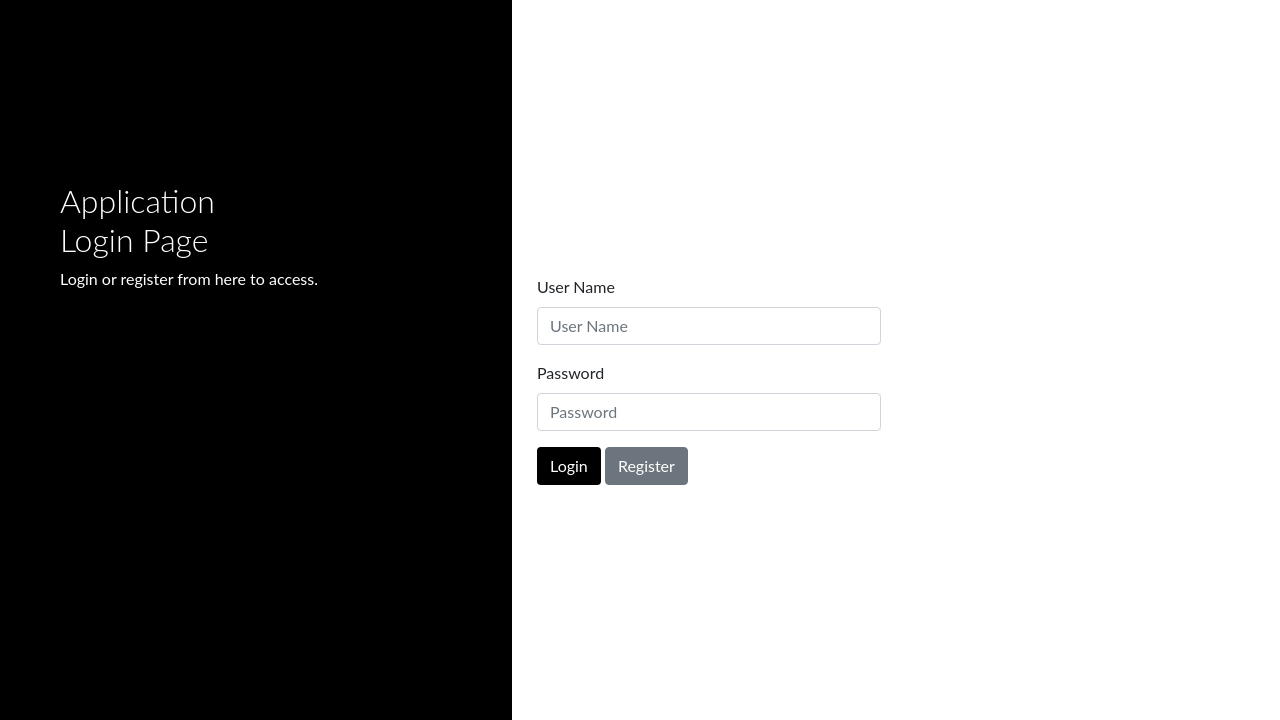
Repository: cheez0909/JSP
Page: http://localhost/1103/session/EX/Login.jsp
The author's editor kept a copy of each file at every save. The page is drawn from the files as they stood at one save, then again after the next save.
The browser window is 1280 px wide. The pictures show the whole page.
Some web libraries are served in a nearby version. The page is served by Tomcat 9. Other server files are loaded and not shown.

Above is the page before, as saved 2023-11-09 01:16:38.
Console error: TypeError: Cannot read properties of undefined (reading 'fn')

### 1103/src/main/webapp/session/EX/Login.jsp
<%@ page language="java" contentType="text/html; charset=UTF-8"
    pageEncoding="UTF-8"%>
<!DOCTYPE html>
<html>
<head>
<meta charset="UTF-8">
<title>Insert title here</title>
<link href="//maxcdn.bootstrapcdn.com/bootstrap/4.0.0/css/bootstrap.min.css" rel="stylesheet" id="bootstrap-css">
<script src="//maxcdn.bootstrapcdn.com/bootstrap/4.0.0/js/bootstrap.min.js"></script>
<script src="//code.jquery.com/jquery-1.11.1.min.js"></script>
<style>

body {font-family: "Lato", sans-serif;}
.main-head{height: 150px;background: #FFF;}
.sidenav {height: 100%;background-color: #000;overflow-x: hidden;padding-top: 20px;}
.main {padding: 0px 10px;}
@media screen and (max-height: 450px) {.sidenav {padding-top: 15px;}}
@media screen and (max-width: 450px) {
	.login-form{margin-top: 10%;}
	.register-form{margin-top: 10%;}
}
@media screen and (min-width: 768px){
    .main{margin-left: 40%;}
	.sidenav{width: 40%;position: fixed;z-index: 1;top: 0;left: 0;}
    .login-form{margin-top: 80%;}
    .register-form{margin-top: 20%;}
}
.login-main-text{margin-top: 20%;padding: 60px;color: #fff;}
.login-main-text h2{font-weight: 300;}
.btn-black{background-color: #000 !important;color: #fff;}

</style>
</head>
<body>

<div class="sidenav">
 	<div class="login-main-text">
		<h2>Application<br> Login Page</h2>
		<p>Login or register from here to access.</p>
	</div>
</div>

<div class="main">
	<div class="col-md-6 col-sm-12">
		<div class="login-form">
			<form action="loginProcess" method="post" name="loginFrm">
				<div class="form-group">
					<label for="id">User Name</label>
					<input type="text" id="id" class="form-control" placeholder="User Name" name="id">
				</div>
				<div class="form-group">
					<label for="pw">Password</label>
					<input type="password" id="pw" class="form-control" placeholder="Password" name="pw">
				</div>

				<button type="submit" class="btn btn-black">Login</button>
				<button type="submit" class="btn btn-secondary">Register</button>
			</form>
		</div>
	</div>
</div>
</body>
</html>

After the next save:
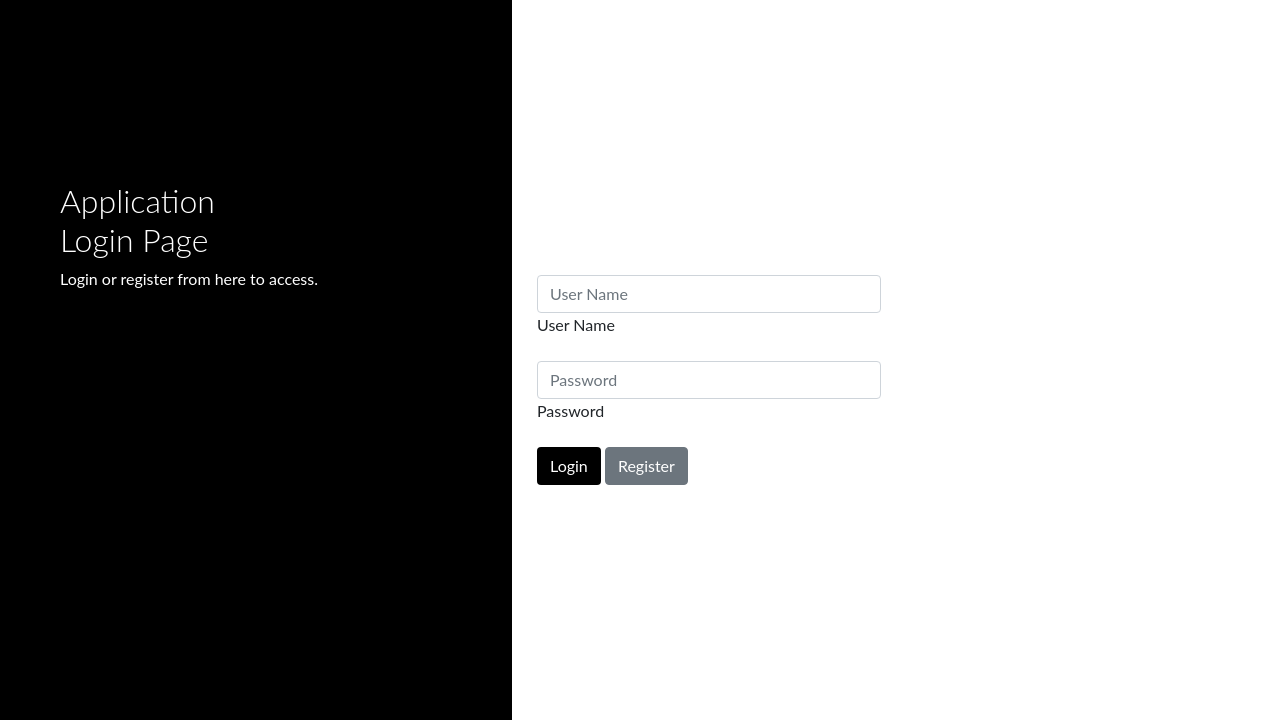
Saved 72 s later.
--- a/1103/src/main/webapp/session/EX/Login.jsp
+++ b/1103/src/main/webapp/session/EX/Login.jsp
@@ -45,12 +45,12 @@ body {font-family: "Lato", sans-serif;}
 		<div class="login-form">
 			<form action="loginProcess" method="post" name="loginFrm">
 				<div class="form-group">
+					<input type="text" id="id" class="form-control" placeholder="User Name" name="id">
 					<label for="id">User Name</label>
-					<input type="text" id="id" class="form-control" placeholder="User Name" name="id">
 				</div>
 				<div class="form-group">
+					<input type="password" id="pw" class="form-control" placeholder="Password" name="pw">
 					<label for="pw">Password</label>
-					<input type="password" id="pw" class="form-control" placeholder="Password" name="pw">
 				</div>
 
 				<button type="submit" class="btn btn-black">Login</button>
